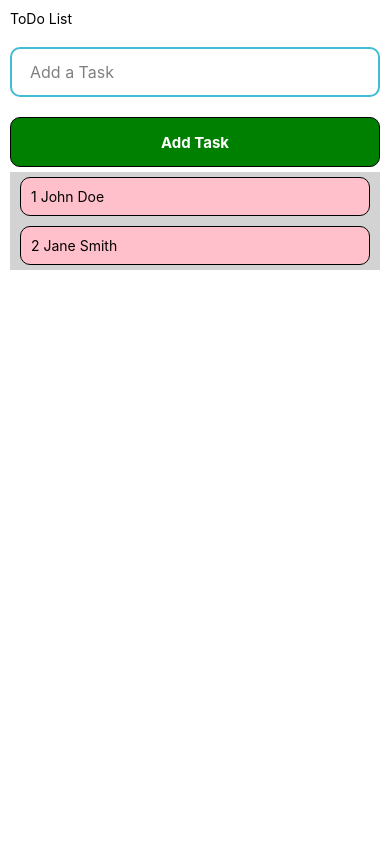
Repository: raisingh22/Projects
Screen: /
These files come from the project's save history. The screen is drawn as it stood at one moment and after the next save; the edit follows.
The app was drawn by React Native's web renderer in a window 390 px wide. The project was rebuilt for these pictures with package versions that can differ from the ones it lists, and the page was loaded fresh each time.

Above is the screen before, as saved 2024-01-21 19:17:20.

### App.js
import { View, Text, SafeAreaView } from 'react-native'
import React from 'react'
import ToDo from './src/ToDoList/screens/ToDo'

const App = () => {
  return (
   <SafeAreaView style={{
    flex:1
   }}>
     <ToDo/>
   </SafeAreaView>
  )
}

export default App

### src/ToDoList/screens/ToDo.js
import {StyleSheet, Text, TextInput, View} from 'react-native';
import React from 'react';
import MyBtn from '../../components/MyBtn';
import MyFlatList from '../../components/MyFlatList';

const DummyData = [
  {
    id: '1',
    name: 'John Doe',
  },
  {
    id: '2',
    name: 'Jane Smith',
  },
];
const ToDo = () => {
  return (
    <View
      style={{
        margin: 10,
      }}>
      <Text>ToDo List</Text>
      <TextInput
        placeholder="Add a Task"
        placeholderTextColor={'grey'}
        style={styles.textInput}
      />
      <MyBtn
        text={'Add Task'}
        btnStyle={{backgroundColor: 'green'}}
        textStyle={{
          fontSize: 15,
          fontWeight: 'bold',
        }}
      />
      <MyFlatList
        data={DummyData}
        // bounces={false}
        renderItem={(item, index) => (
          <View
            style={{
              flexDirection: 'row',
              justifyContent: 'space-between',
              alignItems: 'center',
              backgroundColor: 'pink',
              padding:10,
              borderWidth:1,
              marginVertical:5,
              borderRadius:10,
              marginHorizontal:10
            }}>
            <Text>
              {item.id} {item.name}
            </Text>
          </View>
        )}
      />
    </View>
  );
};

export default ToDo;

const styles = StyleSheet.create({
  textInput: {
    width: '100%',
    height: 50,
    marginVertical: 20,
    borderWidth: 2,
    paddingVertical: 14,
    paddingHorizontal: 18,
    fontSize: 16,
    borderColor: '#40bdd4',
    borderRadius: 10,
  },
});

### src/components/MyBtn.js
import {StyleSheet, Text, TouchableOpacity, View} from 'react-native';
import React from 'react';

const MyBtn = ({text, onPress, btnStyle , textStyle}) => {
  return (
    <TouchableOpacity style={[styles.btn, btnStyle]} onPress={onPress}>
      <Text style={[styles.btnText, textStyle]} >{text}</Text>
    </TouchableOpacity>
  );
};

export default MyBtn;

const styles = StyleSheet.create({
  btn: {
    width: '100%',
    height: 50,
    backgroundColor: 'black',
    borderWidth: 1,
    borderRadius: 10,
    alignItems: 'center',
    justifyContent: 'center',
  },
  btnText: {
    color: 'white',
    // You can add more text styles here if needed
  },
});

### src/components/MyFlatList.js
import {FlatList, StyleSheet, Text, View} from 'react-native';
import React from 'react';

const MyFlatList = ({data, renderItem = (item, index) => {},bounces}) => {
  return (
    <FlatList
    bounces={bounces}
      data={data}
      renderItem={({item, index}) => renderItem(item, index)}
      keyExtractor={item => item.id.toString()}
      style={styles.list}
    />
  );
};

export default MyFlatList;

const styles = StyleSheet.create({
    list: {
        marginVertical:5,
        // flex: 1, // Example: Expand the FlatList to fill available space
        backgroundColor: 'lightgray', // Example: Set background color
        height:"50%"
      },
});

After the next save:
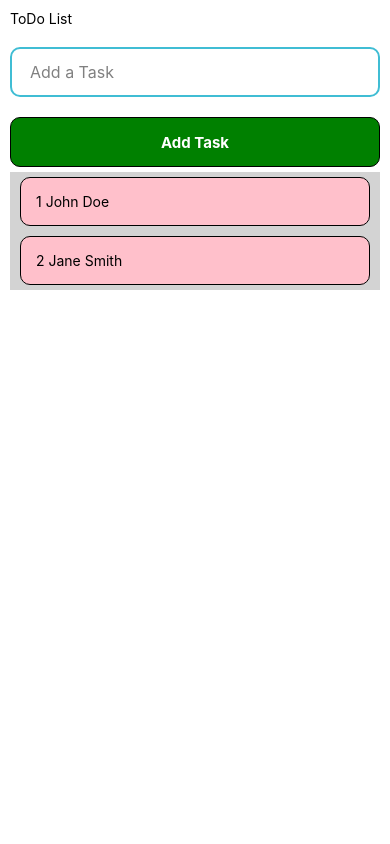
Saved 10 s later.
--- a/src/ToDoList/screens/ToDo.js
+++ b/src/ToDoList/screens/ToDo.js
@@ -43,7 +43,7 @@ const ToDo = () => {
               justifyContent: 'space-between',
               alignItems: 'center',
               backgroundColor: 'pink',
-              padding:10,
+              padding:15,
               borderWidth:1,
               marginVertical:5,
               borderRadius:10,
